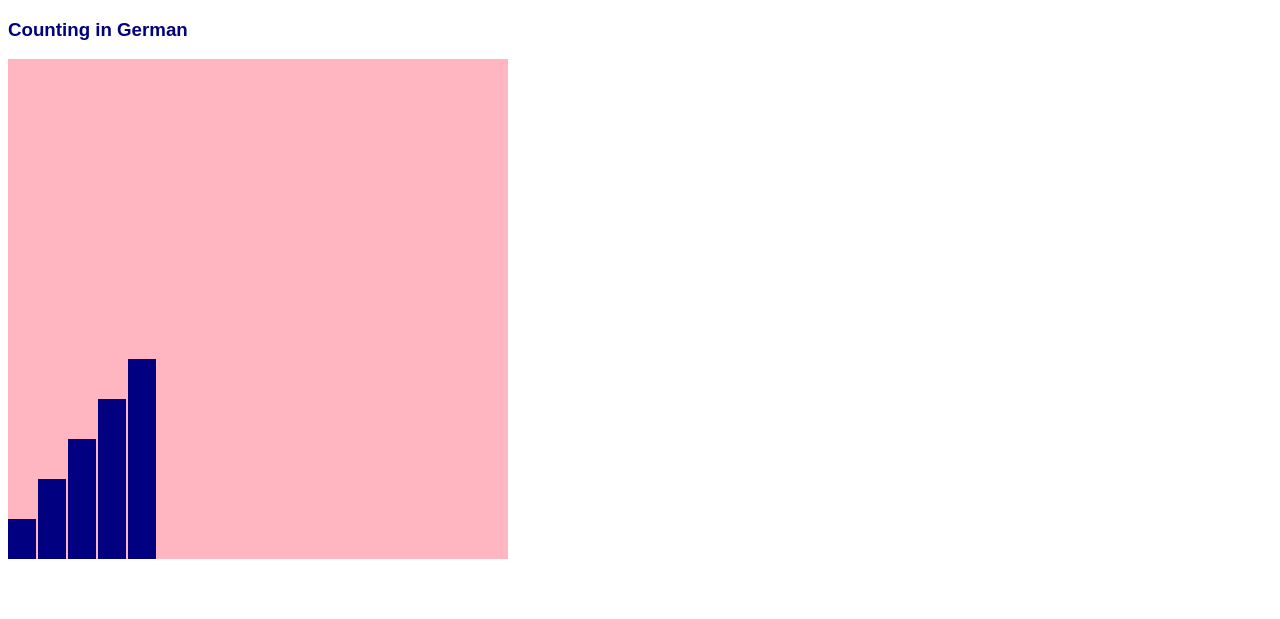
Repository: salonieshah/thesis
Page: bar-chart-vue-d3/index.html
The author's editor kept a record of every edit. The page is drawn from the files as they stood at one moment, then again after the next edit.
The browser window is 1280 px wide. The pictures show the whole page.

Above is the page before.

### bar-chart-vue-d3/index.html
<!DOCTYPE html>
<html>

<head>
  <meta charset="utf-8">
  <title>Simple Vue Bar Chart</title>
  <link rel="stylesheet" href="style.css">
  <!-- provided some basic styles, which elements are transitioned might be interesting to look at -->
  <script src="https://d3js.org/d3.v5.min.js"></script>
  <!-- D3 here -->
  <script src="https://cdn.jsdelivr.net/npm/vue/dist/vue.js"></script>
  <!-- and Vue here -->
</head>

<body>
  <!-- This is our container div, that we will reference in our script-->
  <div id="bars">
    <div id="center">
      <h3>{{ chartTitle }}</h3>
    </div>
    <svg :height="svgHeight"  :width="svgHeight" >
    <!--<svg v-bind:height="svgHeight"> --> <!--Adding : or v-bind and colon can connect it to attribute-->

        <!--<rect x="10" y="10" width="40" height="100"/> -->
       <rect v-for="(element, index) in data"
          :height="element.val*40"
          :width="28"
          :x="index*30"
          :y="svgHeight-element.val*40"
          fill="navy"
        />
    </svg>
  </div>
  <!-- It’s important that your script is at the bottom of your body,
  because we need the DOM to be ready-->
  <script src="script.js"></script>
</body>

</html>

### bar-chart-vue-d3/style.css
html {
  font-family: Arial, Helvetica, sans-serif;
  font-weight: 900;
  color: navy
}

#bars {
  margin: 0 auto;
}

svg {
  background-color: lightpink;
}

rect {
  transition: all 0.4s ease-in-out 0.4s;
}

### bar-chart-vue-d3/script.js
/* global Vue */

var app = new Vue({
  // This is the id of our referenced div-element
  // only this element and everything in it
  // will be connected to the data
  el: '#bars',
  data: {
    chartTitle: "Counting in German",
    svgHeight: 500,
    data: [
      { name: "eins", val: 1 },
      { name: "zwei", val: 2 },
      { name: "drei", val: 3 },
      { name: "vier", val: 4 },
      { name: "fünf", val: 5 }
    ]
  }
})

After the next edit:
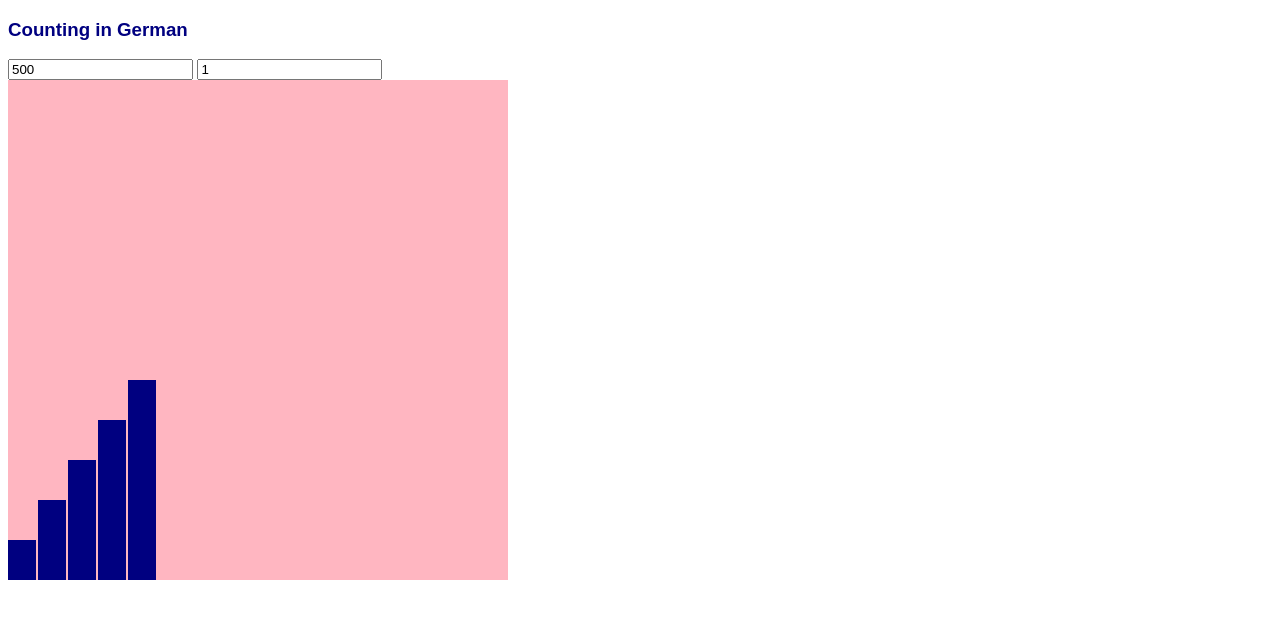
The edit:
--- a/bar-chart-vue-d3/index.html
+++ b/bar-chart-vue-d3/index.html
@@ -18,6 +18,10 @@
     <div id="center">
       <h3>{{ chartTitle }}</h3>
     </div>
+    <div>
+      <input type="text" v-model="svgHeight"/>
+      <input type="text" v-model="data[0].val"/>
+    </div>
     <svg :height="svgHeight"  :width="svgHeight" >
     <!--<svg v-bind:height="svgHeight"> --> <!--Adding : or v-bind and colon can connect it to attribute-->
 
